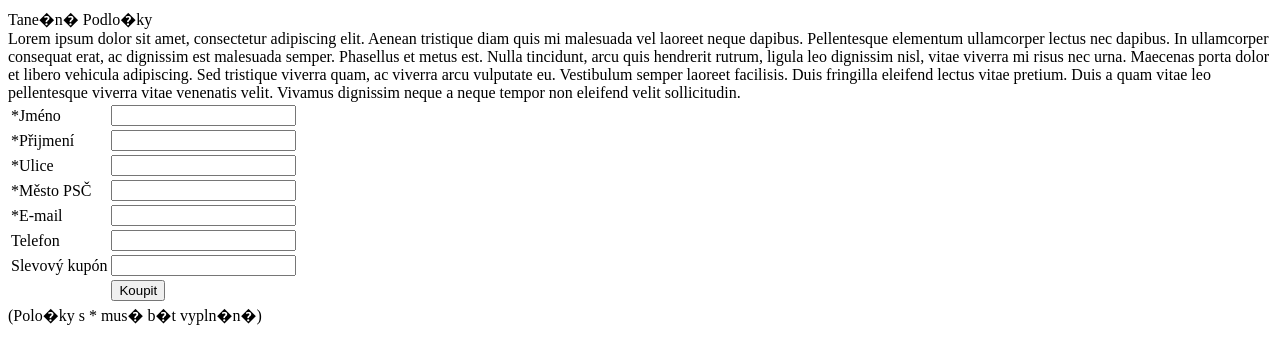
Repository: shadowroot/workspace
Page: http://localhost/
The author's editor kept a copy of each file at every save. The page is drawn from the files as they stood at one save, then again after the next save.
The browser window is 1280 px wide. The pictures show the whole page.
The page is run by PHP 8.4 with error messages shown; the project is at /var/www/html/.

Above is the page before, as saved 2011-11-30 21:08:40.

### tommys_job/index.php
<!DOCTYPE html PUBLIC "-//W3C//DTD XHTML 1.0 Transitional//EN" "http://www.w3.org/TR/xhtml1/DTD/xhtml1-transitional.dtd">
<html>
<head>
<title>Title of the document</title>
</head>
<body>
	<div id="nadpis">Tane�n� Podlo�ky</div>
	<div id="predmet_foto"></div>
	<div id="info">Lorem ipsum dolor sit amet, consectetur adipiscing elit.
		Aenean tristique diam quis mi malesuada vel laoreet neque dapibus.
		Pellentesque elementum ullamcorper lectus nec dapibus. In ullamcorper
		consequat erat, ac dignissim est malesuada semper. Phasellus et metus
		est. Nulla tincidunt, arcu quis hendrerit rutrum, ligula leo dignissim
		nisl, vitae viverra mi risus nec urna. Maecenas porta dolor et libero
		vehicula adipiscing. Sed tristique viverra quam, ac viverra arcu
		vulputate eu. Vestibulum semper laoreet facilisis. Duis fringilla
		eleifend lectus vitae pretium. Duis a quam vitae leo pellentesque
		viverra vitae venenatis velit. Vivamus dignissim neque a neque tempor
		non eleifend velit sollicitudin.</div>
	<div id="cena"></div>
	<div id="nova_cena"></div>

	<div id="div_form">


	<?php
	if(isset($_GET['error']) && $_GET['error'] == 1){
		echo '<div class="error">Nevyplnili jste správně formulář!</div>';
	}
	if(isset($_GET['error']) && $_GET['error'] == 0){
		echo '<div class="error">Zboží bylo obědnáno</div>';
	}
	?>
		<form action="process.php" method="post">
			<table id="form">
				<tr class="form_col">
					<td>*Jméno</td>
					<td><input type="text" size="20" name="jmeno"
						value="<?php if(isset($_GET['jmeno'])){echo $_GET['jmeno'];} ?>" />
					</td>
				</tr>
				<tr class="form_col">
					<td>*Přijmení</td>
					<td><input type="text" size="20" name="prijmeni"
						value="<?php if(isset($_GET['prijmeni'])){echo $_GET['prijmeni'];} ?>" />
					</td>
				</tr>
				<tr class="form_col">
					<td>*Ulice</td>
					<td><input type="text" size="20" name="ulice"
						value="<?php if(isset($_GET['ulice']))echo $_GET['ulice']; ?>" />
					</td>
				</tr>
				<tr class="form_col">
					<td>*Město PSČ</td>
					<td><input type="text" size="20" name="mesto"
						value="<?php if(isset($_GET['mesto']))echo $_GET['mesto']; ?>" />
					</td>
				</tr>
				<tr class="form_col">
					<td>*E-mail</td>
					<td><input type="text" size="20" name="email"
						value="<?php if(isset($_GET['email']))echo $_GET['email']; ?>" />
					</td>
				</tr>
				<tr class="form_col">
					<td>Telefon</td>
					<td><input type="text" size="20" name="telefon"
						value="<?php if(isset($_GET['tel']))echo $_GET['tel']; ?>" /></td>
				</tr>
				<tr class="form_col">
					<td>Slevový kupón</td>
					<td><input type="text" size="20" name="sleva"
						value="<?php if(isset($_GET['sleva']))echo $_GET['sleva']; ?>" />
					</td>
				</tr>
				<tr>
					<td></td>
					<td><input type="submit" value="Koupit" /></td>
				</tr>
			</table>
			<div id="minimal">(Polo�ky s * mus� b�t vypln�n�)</div>
		</form>
	</div>
</body>
</html>

After the next save:
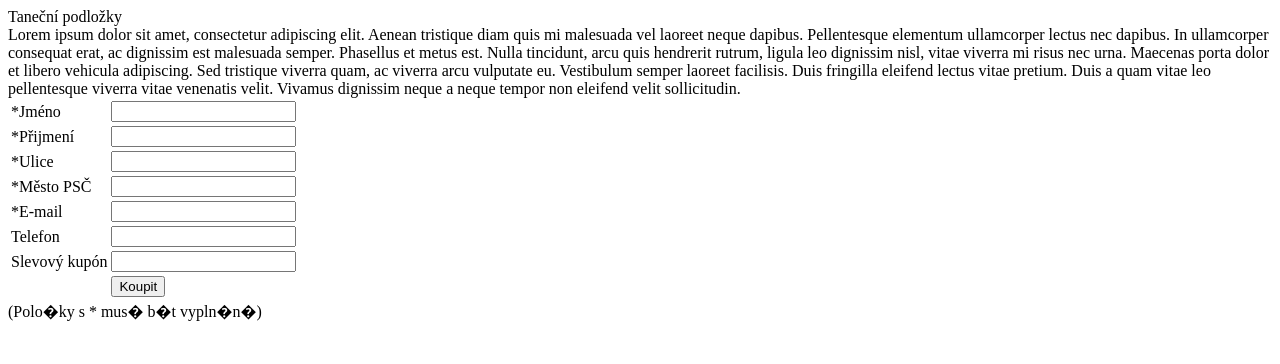
Saved 42 s later.
--- a/tommys_job/index.php
+++ b/tommys_job/index.php
@@ -1,10 +1,10 @@
 <!DOCTYPE html PUBLIC "-//W3C//DTD XHTML 1.0 Transitional//EN" "http://www.w3.org/TR/xhtml1/DTD/xhtml1-transitional.dtd">
 <html>
 <head>
-<title>Title of the document</title>
+<title>Taneční podložky</title>
 </head>
 <body>
-	<div id="nadpis">Tane�n� Podlo�ky</div>
+	<div id="nadpis">Taneční podložky</div>
 	<div id="predmet_foto"></div>
 	<div id="info">Lorem ipsum dolor sit amet, consectetur adipiscing elit.
 		Aenean tristique diam quis mi malesuada vel laoreet neque dapibus.
